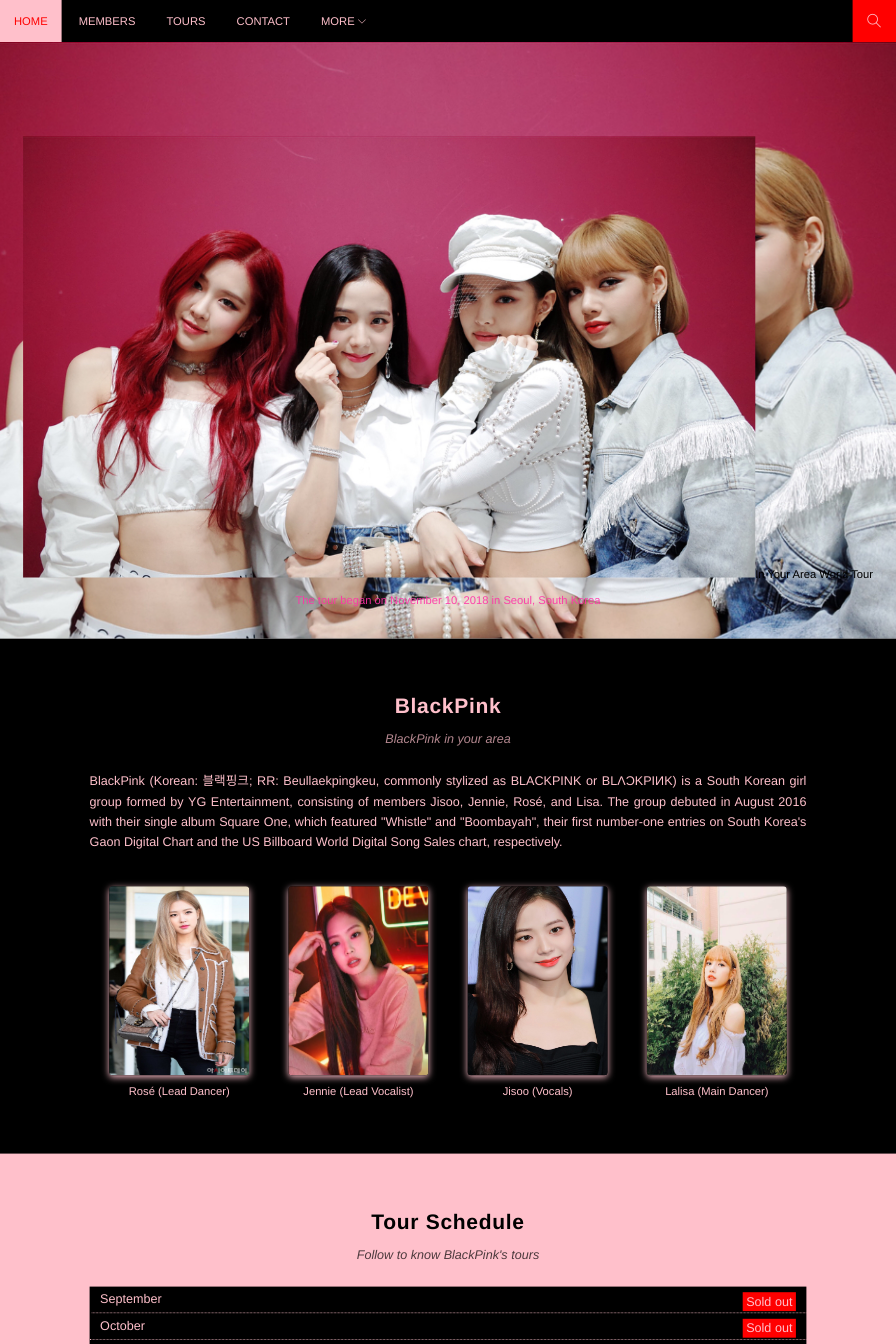
Repository: harrycricket/Blackpink_Band_Deploy
Page: index.html
The author's editor kept a copy of each file at every save. The page is drawn from the files as they stood at one save, then again after the next save.
The browser window is 1280 px wide. The pictures show the part of the page from y = 0 to 1920 px (the page is 3376 px tall), at 70% of full size.

Above is the page before, as saved 2023-03-13 05:16:19.

### index.html
<!DOCTYPE html>

<html lang="en">

<head>
    <meta charset="utf-8">
    <meta name="viewport" content="width=device-width, initial-scale">
    <title>BlackPinkOfficial</title>
    <link rel="icon" href="https://www.blackpinkmusic.com/files/2022/08/bpfavicon-1-75x75.png" type="image/x-icon" />
    <link rel="stylesheet" href="./assets/css/style.css">
    <link rel="stylesheet" href="./assets/font/themify-icons/themify-icons.css">
</head>

<body>
    <div id="main">
        <div id="main__header">
            <ul id="nav">
                <li><a href="#">Home</a></li>
                <li><a href="#members">Members</a></li>
                <li><a href="#tours">Tours</a></li>
                <li><a href="#contact">Contact</a></li>
                <li>
                    <a href="#">More
                        <i class="nav-arrow-down ti-angle-down"></i>
                    </a>
                    <ul class="subnav">
                        <li><a href="https://www.youtube.com/BLACKPINKOFFICIAL">Youtube</a></li>
                        <li><a href="https://www.blackpinkmusic.com/music/">Music</a></li>
                        <li><a href="https://www.blackpinkmusic.com/newsletter/">Newsletter</a></li>
                    </ul>
                </li>
            </ul>

            <!-- <div class="logo">
                <img src="https://www.blackpinkmusic.com/files/2022/08/logo.png" alt="">
            </div> -->

            <!-- search button -->
            <div class="search-button">
                <i class="search-icon ti-search"></i>
            </div>
        </div>

        <div id="main__slider">
            <div class="text-content">
                <img src="./assets/img/background.jpg" alt="background" class="background/>
                <h2 class=" text-heading">In Your Area World Tour</h2>
                <div class="text-description">The tour began on November 10, 2018 in Seoul, South Korea</div>
            </div>
        </div>

        <div id="main__content">
            <!-- About section -->
            <div id="members" class="content-section">
                <h2 class="content-heading">BlackPink</h2>
                <p class="content-sub-heading">BlackPink in your area</p>
                <p class="about-text">
                    BlackPink (Korean: 블랙핑크; RR: Beullaekpingkeu, commonly stylized as BLACKPINK or BLɅϽKPIИK) is a
                    South Korean girl group formed by YG Entertainment, consisting of members Jisoo, Jennie, Rosé, and
                    Lisa. The group debuted in August 2016 with their single album Square One, which featured "Whistle"
                    and "Boombayah", their first number-one entries on South Korea's Gaon Digital Chart and the US
                    Billboard World Digital Song Sales chart, respectively.
                </p>

                <div class="member-team">
                    <div class="column column-quarter text-center">
                        <img src="./assets/img/member/Rosé.jpg" alt="Rosé image" class="member-image">
                        <p><a href="https://en.wikipedia.org/wiki/Ros%C3%A9_(singer)" class="member-name">Rosé (Lead
                                Dancer)</a></p>
                    </div>

                    <div class="column column-quarter text-center">
                        <img src="./assets/img/member/Jennie.jpg" alt="Jennie image" class="member-image">
                        <p><a href="https://en.wikipedia.org/wiki/Jennie_(singer)" class="member-name">Jennie (Lead
                                Vocalist)</a></p>
                    </div>

                    <div class="column column-quarter text-center">
                        <img src="./assets/img/member/Jisoo.jpg" alt="Jisoo image" class="member-image">
                        <p><a href="https://en.wikipedia.org/wiki/Jisoo" class="member-name">Jisoo (Vocals)</a></p>
                    </div>

                    <div class="column column-quarter text-center">
                        <img src="./assets/img/member/Lalisa.jpg" alt="Lalisa image" class="member-image">
                        <p><a href="https://en.wikipedia.org/wiki/Lisa_(rapper)" class="member-name">Lalisa (Main
                                Dancer)</a></p>
                    </div>

                    <div class="clear"></div>
                </div>
            </div>

            <!-- Tour section -->

            <div id="tours" class="tour-section">
                <div class="content-section">
                    <h2 class="content-heading text-black">Tour Schedule </h2>
                    <p class="content-sub-heading text-black">Follow to know BlackPink's tours</p>
                    <!-- Tickets -->
                    <div class="book-ticket">
                        <li>September <span class="unavailable">Sold out</span></li>
                        <li>October <span class="unavailable">Sold out</span></li>
                        <li>November <span class="quantity">4</span></li>
                        <li>December <span class="quantity">8</span></li>
                    </div>
                    <!-- Tours location -->
                    <div class="row place-list">
                        <div class="column column-quarter">
                            <img src="./assets/img/Places/Vietnam.jpg" alt="Vietnam" class="place-image">
                            <div class="place-body">
                                <h3 class="place-country">Vietnam</h3>
                                <p class="place-time">1 November 2022</p>
                                <p class="place-content">
                                    Vietnam is the first place we will
                                    organize in this month. Hope to see all of you here.
                                </p>
                                <button class="buy-tickets js-buy-tickets">Buy tickets</button>
                            </div>
                        </div>

                        <div class="column column-quarter">
                            <img src="./assets/img/Places/Paris.jpg" alt="France" class="place-image">
                            <div class="place-body">
                                <h3 class="place-country">France</h3>
                                <p class="place-time">10 November 2022</p>
                                <p class="place-content">
                                    France is the second place we will
                                    organize in this month. Hope to see all of you here.
                                </p>
                                <button class="buy-tickets js-buy-tickets">Buy tickets</button>
                            </div>
                        </div>

                        <div class="column column-quarter">
                            <img src="./assets/img/Places/Singapore.jpg" alt="Singapore" class="place-image">
                            <div class="place-body">
                                <h3 class="place-country">Singapore</h3>
                                <p class="place-time">20 November 2022</p>
                                <p class="place-content">
                                    Singapore is the third place we will
                                    organize in this month. Hope to see all of you here.
                                </p>
                                <button class="buy-tickets js-buy-tickets">Buy tickets</button>
                            </div>
                        </div>

                        <div class="column column-quarter">
                            <img src="./assets/img/Places/Seoul.jpg" alt="Korean" class="place-image">
                            <div class="place-body">
                                <h3 class="place-country">Korean</h3>
                                <p class="place-time">30 November 2022</p>
                                <p class="place-content">
                                    Seoul is the last place we will
                                    organize in this month. Hope to see all of you here.
                                </p>
                                <button class="buy-tickets js-buy-tickets">Buy tickets</button>
                            </div>
                        </div>
                    </div>
                </div>
            </div>

            <!-- Begin: Contact section -->
            <div id="contact" class="content-section">
                <h2 class="content-heading">Contact</h2>
                <p class="content-sub-heading">Contact us for working</p>

                <div class="row contact-content">
                    <div class="column column-half contact-info">
                        <p><i class="ti-location-pin"> Seoul, South Korean</i></p>
                        <p><i class="ti-mobile"> Phone number: 0987654321</i></p>
                        <p><i class="ti-email"> Email: BlackPinkOfficial@gmail.com</i></p>
                    </div>

                    <div class="column column-half contact-form">
                        <form action="">
                            <div class="row">
                                <div class="column column-half">
                                    <input type="text" name="" placeholder="Name" required class="form-control">
                                </div>

                                <div class="column column-half">
                                    <input type="email" name="" placeholder="Email" required class="form-control">
                                </div>
                            </div>

                            <div class="row">
                                <div class="column column-full mt4px">
                                    <select name="country" id="country">
                                        <option value="">Afghanistan</option>
                                        <option value="">Albania</option>
                                        <option value="">American</option>
                                        <option value="">Andorra</option>
                                        <option value="">Angola</option>
                                        <option value="">Argentina</option>
                                        <option value="">Armenia</option>
                                        <option value="">Australia</option>
                                        <option value="">Austria</option>
                                        <option value="">Azerbaijan</option>
                                        <option value="">Bahrain</option>
                                        <option value="">Bangladesh </option>
                                        <option value="">Belarus</option>
                                        <option value="">Bermuda</option>
                                        <option value="">Bolivia</option>
                                        <option value="">Brazil</option>
                                        <option value="">Bulgaria</option>
                                        <option value="">Cambodia</option>
                                        <option value="">Cameroon</option>
                                        <option value="">Canada</option>
                                        <option value="">China</option>
                                        <option value="">Congo</option>
                                        <option value="">Costa Rica</option>
                                        <option value="">Croatia</option>
                                        <option value="">Cuba</option>
                                        <option value="">Czech Republic</option>
                                        <option value="">Denmark</option>
                                        <option value="">Dominica</option>
                                        <option value="">Dominican Republic</option>
                                        <option value="">East Timor</option>
                                        <option value="">Ecuador</option>
                                        <option value="">Egypt</option>
                                        <option value="">El Salvador</option>
                                        <option value="">Estonia</option>
                                        <option value="">Ethiopia</option>
                                        <option value="">Equatorial Guinea</option>
                                        <option value="">Faroe Islands</option>
                                        <option value="">Fiji</option>
                                        <option value="">France</option>
                                        <option value="">French Polynesia</option>
                                        <option value="">Gabon</option>
                                        <option value="">The Gambia</option>
                                        <option value="">Germany</option>
                                        <option value="">Ghana</option>
                                        <option value="">Greece</option>
                                        <option value="">Greenland</option>
                                        <option value="">Guinea</option>
                                        <option value="">Haiti</option>
                                        <option value="">Hong Kong</option>
                                        <option value="">Hungary</option>
                                        <option value="">Iceland</option>
                                        <option value="">India</option>
                                        <option value="">Indonesia</option>
                                        <option value="">Iran</option>
                                        <option value="">Iraq</option>
                                        <option value="">Ireland</option>
                                        <option value="">Israel</option>
                                        <option value="">Italy</option>
                                        <option value="">Jamaica</option>
                                        <option value="">Japan</option>
                                        <option value="">Jordan</option>
                                        <option value="">Kazakhstan</option>
                                        <option value="">Kenya</option>
                                        <option value="">Kosovo</option>
                                        <option value="">Kuwait</option>
                                        <option value="">Kyrgyzstan</option>
                                        <option value="">Lao</option>
                                        <option value="">Latvia</option>
                                        <option value="">Liberia</option>
                                        <option value="">Libya</option>
                                        <option value="">Luxembourg</option>
                                        <option value="">Macau</option>
                                        <option value="">Madagascar</option>
                                        <option value="">Malaysia</option>
                                        <option value="">Malta</option>
                                        <option value="">Mexico</option>
                                        <option value="">Monaco</option>
                                        <option value="">Mongolia</option>
                                        <option value="">Mozambique</option>
                                        <option value="">Myanmar</option>
                                        <option value="">Nepal</option>
                                        <option value="">Netherlands</option>
                                        <option value="">New Zealand</option>
                                        <option value="">Nigeria</option>
                                        <option value="">North Korea</option>
                                        <option value="">Pakistan</option>
                                        <option value="">Panama</option>
                                        <option value="">Paraguay</option>
                                        <option value="">Papua New Guinea</option>
                                        <option value="">Peru</option>
                                        <option value="">Philippines</option>
                                        <option value="">Portugal</option>
                                        <option value="">Qatar</option>
                                        <option value="">Romania</option>
                                        <option value="">Russian</option>
                                        <option value="">Saudi Arabia</option>
                                        <option value="">Serbia</option>
                                        <option value="">Singapore</option>
                                        <option value="">Slovakia</option>
                                        <option value="">South Africa</option>
                                        <option value="">South Korea</option>
                                        <option value="">South Sudan</option>
                                        <option value="">Spain</option>
                                        <option value="">Sri Lanka</option>
                                        <option value="">Sudan</option>
                                        <option value="">Sweden</option>
                                        <option value="">Switzerland</option>
                                        <option value="">Syria</option>
                                        <option value="">Taiwan</option>
                                        <option value="">Tanzania</option>
                                        <option value="">Thailand</option>
                                        <option value="">Turkey</option>
                                        <option value="">Tuvalu</option>
                                        <option value="">Uganda</option>
                                        <option value="">Ukraine</option>
                                        <option value="">United Kingdom</option>
                                        <option value="">United States</option>
                                        <option value="">Uruguay</option>
                                        <option value="">Uzbekistan</option>
                                        <option value="">Vatican City State</option>
                                        <option value="">Venezuela</option>
                                        <option value="">Vietnam</option>
                                        <option value="">Yemen</option>
                                    </select>
                                </div>
                            </div>

                            <div class="row">
                                <div class="column column-full mt4px">
                                    <input type="button" onclick="alert('Send information successfully')" value="Send"
                                        id="submit-botton">
                                    <!-- <input type="submit" value="Send" id="submit-botton"> -->
                                </div>
                            </div>

                        </form>
                    </div>
                </div>
            </div>

            <!-- End: Contact section -->
            <div class="map-section">
                <img src="./assets/img/map.jpg" alt="Map">
            </div>
        </div>

        <footer id="main__footer">
            <div class="social-media">
                <a href="https://www.facebook.com/BLACKPINKOFFICIAL"><i class="ti-facebook"></i></a>
                <a href="https://www.instagram.com/blackpinkofficial/?hl=en"><i class="ti-instagram"></i></a>
                <a href="https://twitter.com/blackpink"><i class="ti-twitter"></i></a>
                <a href="https://www.pinterest.co.uk/pin/67342956914597812/"><i class="ti-pinterest"></i></a>
                <a href="https://www.youtube.com/c/BLACKPINKOFFICIAL"><i class="ti-youtube"></i></a>
            </div>
            <div class="power-by">Powered by <a href="https://www.w3schools.com/w3css/defaulT.asp">w3.css</a></div>
        </footer>
    </div>

    <div class="modal js-modal">
        <div class="modal-container js-modal-container">
            <div class="modal-close-botton js-modal-close">
                Close
                <i class="ti-close"></i>
            </div>
            <header class="modal-header">
                <i class="model-ticket ti-ticket"></i>
                Tickets for BlackPink tour
            </header>

            <div class="modal-body">
                <label for="ticket-quantity" class="modal-label">
                    <i class="ti-shopping-cart"></i>
                    Price: 100$/ticket
                </label>
                <input id="ticket-quantity" type="text" class="modal-input"
                    placeholder="How many tickets you want to buy?">
                <label for="ticket-email" class="modal-label">
                    <i class="ti-email"></i>
                    Email to contact
                </label>
                <input id="ticket-email" type="text" class="modal-input" placeholder="Enter your email">
            </div>

            <button class="js-modal-buy-botton">
                Click to buy tickets
                <i class="ti-check"></i>
            </button>

            <footer class="modal-footer">
                <div class="modal-help">
                    <a href="#">Help</a>
                    <i class="ti-help-alt"></i>
                </div>
            </footer>
        </div>
    </div>

    <script>
        const buyBtns = document.querySelectorAll('.js-buy-tickets')
        const modal = document.querySelector('.js-modal')
        const modalClose = document.querySelector('.js-modal-close')
        const confirm = document.querySelector('.js-modal-buy-botton')
        const modalContainer = document.querySelector('.js-modal-container')

        // Hàm hiển thị modal buy tickets (add class open vào modal)
        function showBuyTickets() {
            modal.classList.add('open')
        }

        // Hàm ẩn modal buy tickets (remove class open của modal)
        function hideBuyTickets() {
            modal.classList.remove('open')
        }

        function confirmToBuyTickets() {
            alert("Buy tickets successfully. See you soon <3")
        }

        // Lặp qua từng thẻ botton và nghe hành vi click vào button buy tickets
        for (const buyBtn of buyBtns) {
            buyBtn.addEventListener('click', showBuyTickets)
        }

        // Nghe hành vi click vào button close
        modalClose.addEventListener('click', hideBuyTickets)
        confirm.addEventListener('click', confirmToBuyTickets)
        modal.addEventListener('click', hideBuyTickets)
        modalContainer.addEventListener('click', function (event) {
            event.stopPropagation()
        })
    </script>
</body>

</html>

Loaded but not shown: assets/font/themify-icons/themify-icons.css (common file); assets/css/style.css (564 lines, source omitted)

After the next save:
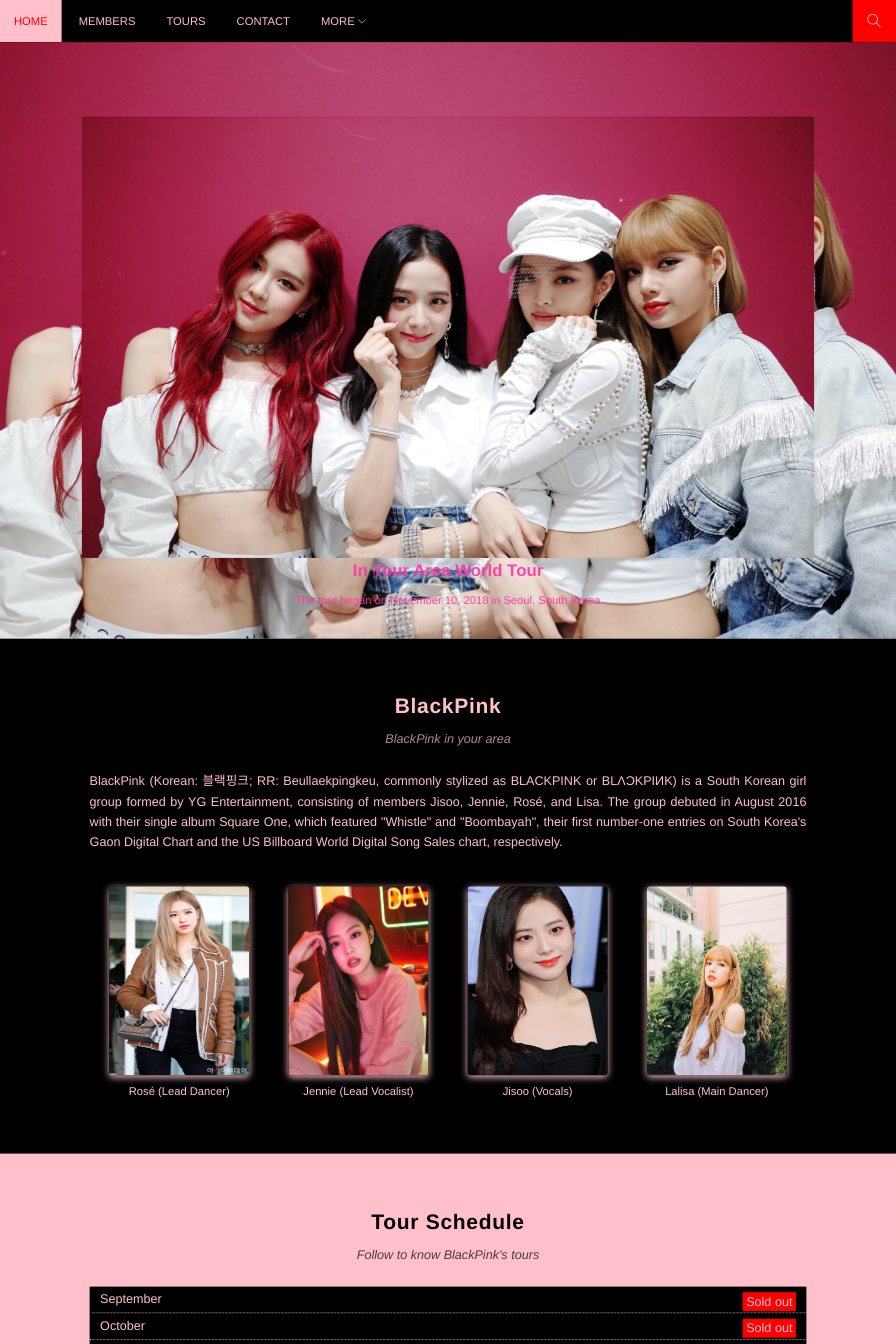
Saved 13 s later.
--- a/index.html
+++ b/index.html
@@ -43,7 +43,7 @@
 
         <div id="main__slider">
             <div class="text-content">
-                <img src="./assets/img/background.jpg" alt="background" class="background/>
+                <img src="./assets/img/background.jpg" alt="background" class="background">
                 <h2 class=" text-heading">In Your Area World Tour</h2>
                 <div class="text-description">The tour began on November 10, 2018 in Seoul, South Korea</div>
             </div>
